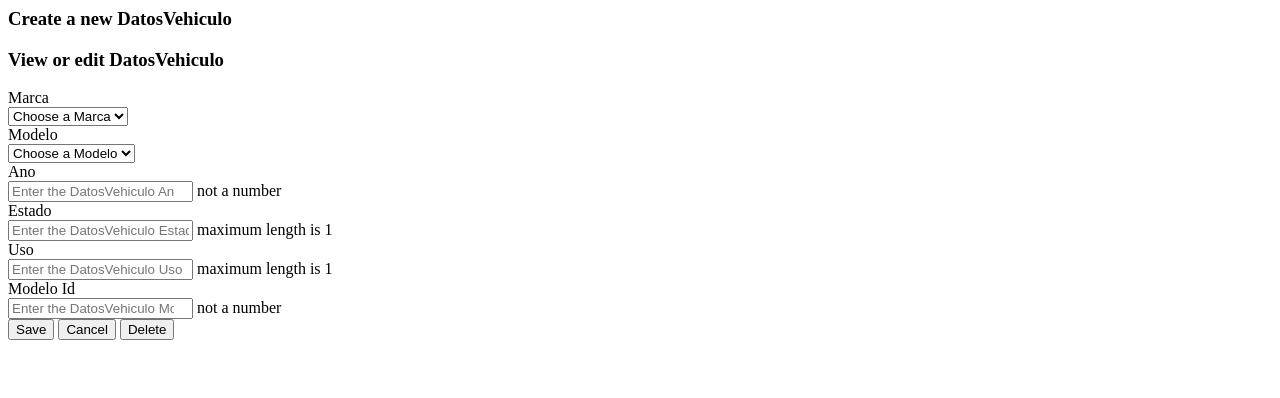
Repository: PabloRPalma/SistemaVentaSeguros
Page: Cotizador/src/main/webapp/views/DatosVehiculo/detail.html
An editor plug-in stored every save of this project. The page is shown before and after the next save, followed by the edit.
The browser window is 1280 px wide. The pictures show the whole page.

Above is the page before, as saved 2021-02-05 11:57:49.

After the next save:
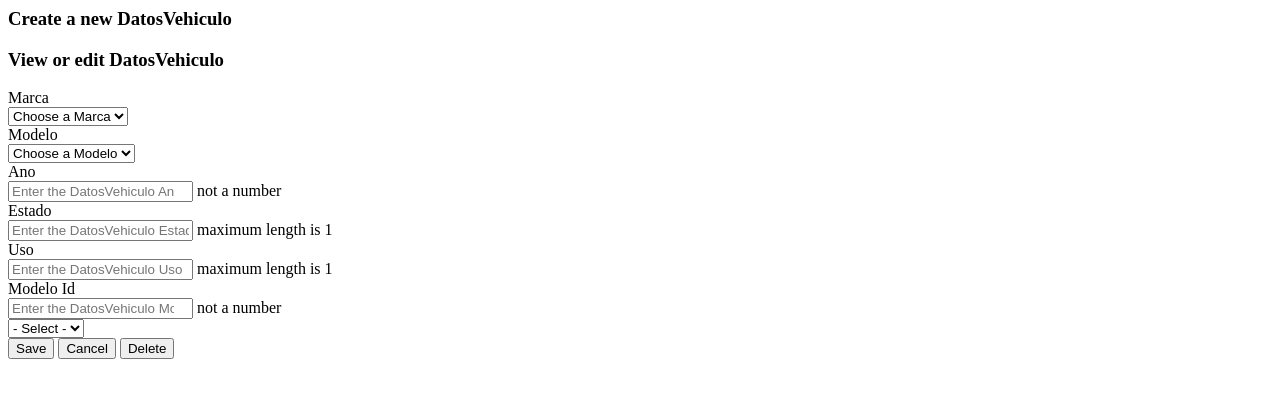
Saved 23 min 48 s later.
--- a/Cotizador/src/main/webapp/views/DatosVehiculo/detail.html
+++ b/Cotizador/src/main/webapp/views/DatosVehiculo/detail.html
@@ -54,7 +54,11 @@
         </div>
     </div>
 
-
+<div data-ng-controller="FormController">
+    <select ng-model="select.value" ng-options="o.Description for o in select.options" lazy-load-options="" data-options="select.options">
+        <option value=""> - Select - </option>
+    </select>
+</div>
     <div class="form-group">
         <div class="col-sm-offset-2 col-sm-10">
             <button id="saveDatosVehiculo" name="saveDatosVehiculo" class="btn btn-primary" ng-disabled="isClean() || DatosVehiculoForm.$invalid" ng-click="save()"><span class="glyphicon glyphicon-ok-sign"></span> Save</button>
